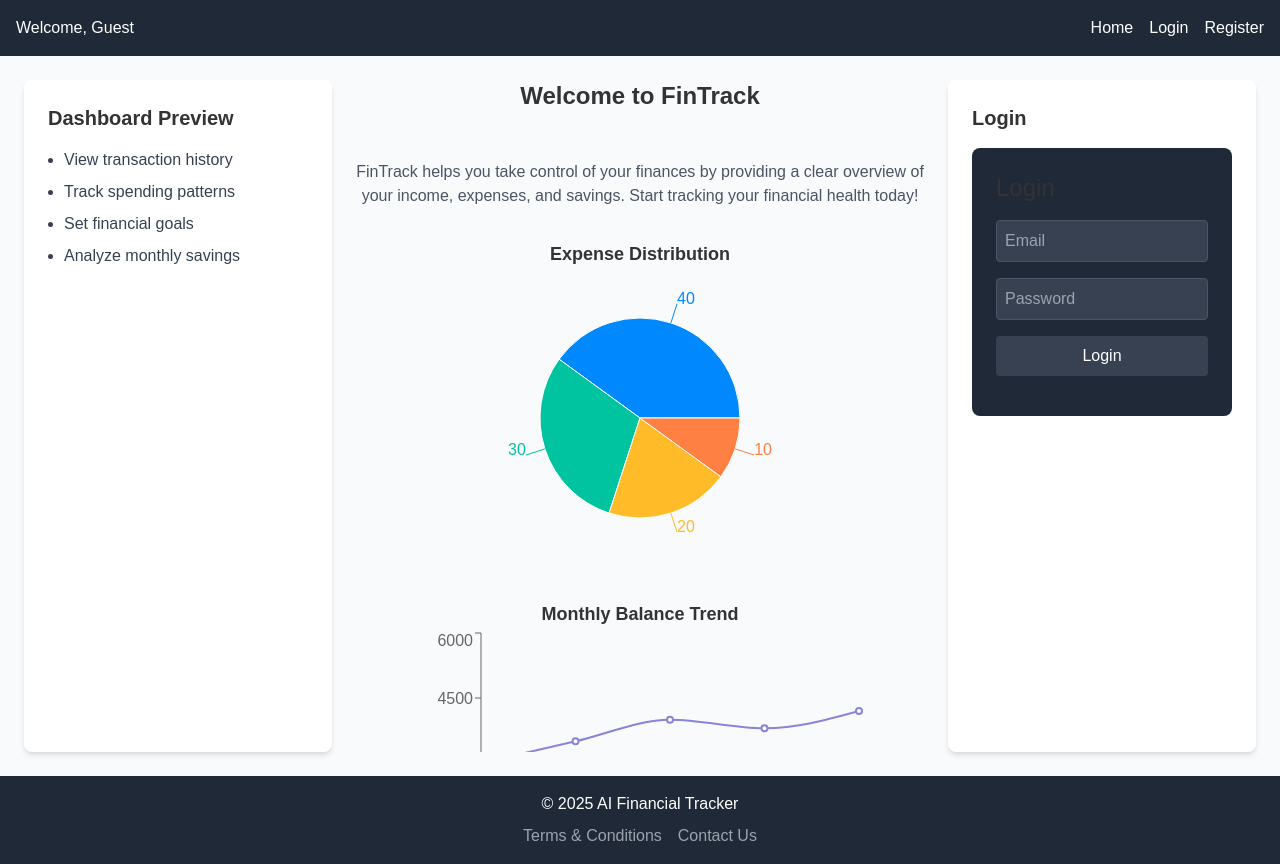
Repository: MuthuPandi-B/Ai-FinTrak
Page: / (app in FrontEnd/)
An editor plug-in stored every save of this project. The page is shown before and after the next save, followed by the edit.
The browser window is 1280 px wide. The pictures show the whole page.
The project was rebuilt for these pictures with package versions that can differ from the ones it lists, and the page was loaded fresh each time. Also part of the build but not shown: FrontEnd/vite.config.js.

Above is the page before, as saved 2025-02-23 19:47:58.

### FrontEnd/src/main.jsx
import { StrictMode } from 'react'
import { createRoot } from 'react-dom/client'
import { Provider } from 'react-redux'
import store from './redux/store.js'
import './index.css'
import App from './App.jsx'

createRoot(document.getElementById('root')).render(
  <StrictMode>
    <Provider store={store}>
    <App />
    </Provider>
  </StrictMode>,
)

### FrontEnd/src/index.css
@tailwind base;
@tailwind components;
@tailwind utilities;
body {
    font-family: Arial, sans-serif;
    background-color: #f4f4f9;
    margin: 0;
    padding: 0;
  }

  h1, h2, h3 {
    color: #333;
  }

### FrontEnd/src/App.jsx
import React from 'react';
import { useEffect } from 'react';
import { useDispatch } from 'react-redux';
import { BrowserRouter as Router, Routes, Route } from 'react-router-dom';
import Navbar from './components/Navbar';
import Footer from './components/Footer';
import Login from './features/auth/Login';
import Register from './features/auth/Register';
import ForgotPassword from './features/auth/ForgotPassword';
import ResetPassword from './features/auth/ResetPassword';
import TransactionForm from './components/TransactionForm';
import TransactionList from './features/transactions/TransactionList';
import HomePage from './pages/HomePage';
import Chart from './components/Chart';
import Dashboard from './components/Dashboard';
import { setTransactions } from './redux/transactionSlice';
import API from './Api/Api';

const App = () => {

  const dispatch = useDispatch();
  // useEffect(() => {
  //   const fetchTransactions = async () => {
  //     try {
  //       const response = await API.get("/transactions", {
  //         headers: {
  //           Authorization: `Bearer ${localStorage.getItem("token")}`,
  //         },
  //       });
  //       dispatch(setTransactions(response.data));
  //     } catch (error) {
  //       console.error("Error fetching transactions", error);
  //     }
  //   };

  //   fetchTransactions();
  // }, [dispatch]);
  return (
    <Router >
      <Navbar />
      <Routes>
        <Route path="/" element={<HomePage/>} />
        <Route path="/dashboard" element={<Dashboard/>} />
        <Route path="/transactions" element={<TransactionList />} />
        <Route path="/add" element={<TransactionForm />} />
        <Route path="/login" element={<Login />} />
        <Route path="/register" element={<Register />} />
        <Route path="/forgot-password" element={<ForgotPassword />} />
        <Route path="/reset-password/:resetToken" element={<ResetPassword />} />
        <Route path="/charts" element={<Chart />} />
      </Routes>
      <Footer />
    </Router>
  );
};

export default App;

### FrontEnd/src/components/Navbar.jsx
import React, { useState } from 'react';
import { useSelector, useDispatch } from 'react-redux';
import { Link, useNavigate } from 'react-router-dom';
import { clearUser } from '../redux/authSlice';

const Navbar = () => {
  const [isOpen, setIsOpen] = useState(false);
  const user = useSelector((state) => state.auth.user);
  console.log(user);
  // console.log(user.user.name);
  const dispatch = useDispatch();
  const navigate = useNavigate();

  const handleLogout = () => {
    dispatch(clearUser());
    navigate('/');
  };

  const toggleMenu = () => {
    setIsOpen(!isOpen);
  };

  return (
    <nav className="bg-gray-800 p-4 flex justify-between items-center">
      <div className="text-white">
        {user ? `Welcome, ${user.name}` : 'Welcome, Guest'}
      </div>
      <div className="hidden md:flex space-x-4">
        <Link to="/" className="text-white hover:text-gray-300">Home</Link>
        {user ? (
          <>
            <Link to="/add" className="text-white hover:text-gray-300">Add Transaction</Link>
            <Link to="/transactions" className="text-white hover:text-gray-300">View Transactions</Link>
            <button onClick={handleLogout} className="text-white hover:text-gray-300">Logout</button>
          </>
        ) : (
          <>
            <Link to="/login" className="text-white hover:text-gray-300">Login</Link>
            <Link to="/register" className="text-white hover:text-gray-300">Register</Link>
          </>
        )}
      </div>
      <div className="md:hidden">
        <button
          onClick={toggleMenu}
          className="text-white focus:outline-none"
        >
          <svg className="w-6 h-6" fill="none" stroke="currentColor" viewBox="0 0 24 24" xmlns="http://www.w3.org/2000/svg">
            <path strokeLinecap="round" strokeLinejoin="round" strokeWidth="2" d="M4 6h16M4 12h16m-7 6h7" />
          </svg>
        </button>
      </div>
      {isOpen && (
        <div className="md:hidden bg-gray-800 text-white p-4 rounded-lg mt-4 space-y-4">
          <Link to="/" className="block" onClick={toggleMenu}>Home</Link>
          {user ? (
            <>
              <Link to="/add" className="block" onClick={toggleMenu}>Add Transaction</Link>
              <Link to="/transactions" className="block" onClick={toggleMenu}>View Transactions</Link>
              <button onClick={handleLogout} className="block">Logout</button>
            </>
          ) : (
            <>
              <Link to="/login" className="block" onClick={toggleMenu}>Login</Link>
              <Link to="/register" className="block" onClick={toggleMenu}>Register</Link>
            </>
          )}
        </div>
      )}
    </nav>
  );
};

export default Navbar;

### FrontEnd/src/components/Footer.jsx
import React from 'react';

const Footer = () => {
  return (
    <footer className="bg-gray-800 text-white p-4">
      <div className="container mx-auto text-center">
        <p>© 2025 AI Financial Tracker</p>
        <div className="mt-2 space-x-4">
          <a href="/terms" className="text-gray-400 hover:text-gray-200">Terms & Conditions</a>
          <a href="/contact" className="text-gray-400 hover:text-gray-200">Contact Us</a>
        </div>
      </div>
    </footer>
  );
};

export default Footer;

### FrontEnd/src/features/auth/Login.jsx
import React, { useState } from "react";
import API from "../../Api/Api";
import { useDispatch } from "react-redux";
import { setUser } from "../../redux/authSlice";
import { useNavigate } from "react-router-dom";

const Login = () => {
  const [email, setEmail] = useState("");
  const [password, setPassword] = useState("");
  const [loading, setLoading] = useState(false);
  const [error, setError] = useState("");
  const dispatch = useDispatch();
  const navigate = useNavigate();

  const handleLogin = async (e) => {
    e.preventDefault();
    setLoading(true);
    setError("");
    try {
      const response = await API.post("/auth/login", { email, password });
     const{user,token}=response.data;

      localStorage.setItem("token", token);
      dispatch(setUser({user,token}));
      alert("Login successful");
      navigate("/");
    } catch (error) {
      setError("Login failed");
      console.error(error);
    } finally {
      setLoading(false);
    }
  };

  return (
    <form onSubmit={handleLogin} className="bg-gray-800 text-white p-6 rounded-lg max-w-md mx-auto">
      <h2 className="text-2xl mb-4">Login</h2>
      <input
        type="email"
        value={email}
        onChange={(e) => setEmail(e.target.value)}
        placeholder="Email"
        className="w-full p-2 mb-4 bg-gray-700 text-white border border-gray-600 rounded"
      />
      <input
        type="password"
        value={password}
        onChange={(e) => setPassword(e.target.value)}
        placeholder="Password"
        className="w-full p-2 mb-4 bg-gray-700 text-white border border-gray-600 rounded"
      />
      <button
        type="submit"
        className={`w-full p-2 mb-4 rounded ${loading ? "bg-gray-600 cursor-not-allowed" : "bg-gray-700 hover:bg-gray-600"}`}
        disabled={loading}
      >
        {loading ? "Logging in..." : "Login"}
      </button>
      {error && <p className="text-red-500 mt-2">{error}</p>}
    </form>
  );
};

export default Login;

### FrontEnd/src/pages/HomePage.jsx
import React, { useEffect } from "react";
import Login from "../features/auth/Login";
import { PieChart, Pie, Cell, LineChart, Line, XAxis, YAxis, Tooltip, ResponsiveContainer } from "recharts";
import { useSelector } from "react-redux";
import Dashboard from "../components/Dashboard";
import Chart from "../components/Chart";// Ensure correct import
import { setTransactions } from '../redux/transactionSlice';
import { useDispatch } from "react-redux";


const HomePage = () => {
  const dispatch =useDispatch();
  const user = useSelector((state) => state.auth.user);

  if(user){
    useEffect(() => {
      const fetchTransactions = async () => {
        try {
          const response = await API.get("/transactions", {
            headers: {
              Authorization: `Bearer ${localStorage.getItem("token")}`,
            },
          });
          dispatch(setTransactions(response.data));
        } catch (error) {
          console.error("Error fetching transactions", error);
        }
      };

      fetchTransactions();
    }, [dispatch]);

  }


  // Sample data for Pie Chart
  const pieData = [
    { name: "Savings", value: 40 },
    { name: "Expenses", value: 30 },
    { name: "Investments", value: 20 },
    { name: "Debt", value: 10 },
  ];
  const COLORS = ["#0088FE", "#00C49F", "#FFBB28", "#FF8042"];

  // Sample data for Line Chart
  const lineData = [
    { month: "Jan", balance: 3000 },
    { month: "Feb", balance: 3500 },
    { month: "Mar", balance: 4000 },
    { month: "Apr", balance: 3800 },
    { month: "May", balance: 4200 },
  ];

  return (
    <div className="flex flex-col lg:flex-row h-screen p-6 bg-gray-50">
      {/* Left Side - Dashboard if logged in, otherwise Dashboard Preview */}
      <div className="lg:w-1/4 w-full bg-white p-6 rounded-lg shadow-md mb-6 lg:mb-0">
        {user ? (
          <Dashboard />
        ) : (
          <>
            <h2 className="text-xl font-bold mb-4">Dashboard Preview</h2>
            <ul className="list-disc pl-4 text-gray-700">
              <li className="mb-2">View transaction history</li>
              <li className="mb-2">Track spending patterns</li>
              <li className="mb-2">Set financial goals</li>
              <li>Analyze monthly savings</li>
            </ul>
          </>
        )}
      </div>

      {/* Center Section - Charts */}
      <div className="flex-1 flex flex-col items-center justify-center space-y-8 mx-0 lg:mx-6">
        <h1 className="text-2xl font-bold mb-4 text-center">Welcome to FinTrack</h1>
        <p className="text-center mb-6 text-gray-600">
          FinTrack helps you take control of your finances by providing a clear overview of your income, expenses, and savings.
          Start tracking your financial health today!
        </p>

        {/* If logged in, show financial chart (Replace with your actual Chart component) */}
        {user ? (
          <Chart />
        ) : (
          <>
            {/* Pie Chart */}
            <div className="w-full max-w-md">
              <h3 className="text-lg font-bold text-center">Expense Distribution</h3>
              <ResponsiveContainer width="100%" height={300}>
                <PieChart>
                  <Pie data={pieData} dataKey="value" nameKey="name" cx="50%" cy="50%" outerRadius={100} fill="#8884d8" label>
                    {pieData.map((entry, index) => (
                      <Cell key={`cell-${index}`} fill={COLORS[index % COLORS.length]} />
                    ))}
                  </Pie>
                </PieChart>
              </ResponsiveContainer>
            </div>

            {/* Line Chart */}
            <div className="w-full max-w-md overflow-hidden">
              <h3 className="text-lg font-bold text-center">Monthly Balance Trend</h3>
              <ResponsiveContainer width="100%" height={300}>
                <LineChart data={lineData}>
                  <XAxis dataKey="month" />
                  <YAxis />
                  <Tooltip />
                  <Line type="monotone" dataKey="balance" stroke="#8884d8" strokeWidth={2} />
                </LineChart>
              </ResponsiveContainer>
            </div>
          </>
        )}
      </div>

      {/* Right Side - Show login if not logged in */}
      {!user && (
        <div className="lg:w-1/4 w-full bg-white p-6 rounded-lg shadow-md">
          <h2 className="text-xl font-bold mb-4 text-center lg:text-left">Login</h2>
          <Login />
        </div>
      )}
    </div>
  );
};

export default HomePage;


// import React, { useState } from "react";
// import Login from "../features/auth/Login";
// import { useSelector } from "react-redux";
// import Dashboard from "../components/Dashboard";
// import ChartPage from "../components/Chart";

// const HomePage = () => {
//   const user = useSelector((state) => state.auth.user);
//   const [showDashboard, setShowDashboard] = useState(false);

//   return (
//     <div className="flex flex-col lg:flex-row h-screen bg-gray-50">
//       {/* Left Side - Dashboard */}
//       {user && (
//         <div
//           className={`lg:w-1/4 w-ful  rounded-lg shadow-md fixed top-0 left-0 h-full transform transition-transform duration-300 ${
//             showDashboard ? "translate-x-0" : "-translate-x-full"
//           } lg:translate-x-0 z-10`}
//           onMouseEnter={() => setShowDashboard(true)}
//           onMouseLeave={() => setShowDashboard(false)}
//         >
//           <Dashboard />
//         </div>
//       )}

//       {/* Center Section - Charts */}
//       <div className={`flex-1 ${user ? "lg:ml-[25%]" : ""} mt-16 lg:mt-0`}>
//         {user ? (
//           <ChartPage />
//         ) : (
//           <div className="w-full max-w-md mx-auto bg-white p-6 rounded-lg shadow-md">
//             <h2 className="text-xl font-bold mb-4 text-center">Login</h2>
//             <Login />
//           </div>
//         )}
//       </div>
//     </div>
//   );
// };

// export default HomePage;

### FrontEnd/src/features/auth/Register.jsx
import React, { useState } from "react";
import API from "../../Api/Api";

const Register = () => {
  const [name, setName] = useState("");
  const [email, setEmail] = useState("");
  const [password, setPassword] = useState("");
  const [loading, setLoading] = useState(false);
  const [error, setError] = useState("");

  const handleRegister = async (e) => {
    e.preventDefault();
    setLoading(true);
    setError("");
    try {
      await API.post("/auth/register", { name, email, password });
      alert("Registration successful");
    } catch (error) {
      setError("Registration failed");
      console.error(error);
    } finally {
      setLoading(false);
    }
  };

  return (
    <form onSubmit={handleRegister} className="bg-gray-800 text-white p-6 rounded-lg max-w-md mx-auto">
      <h2 className="text-2xl mb-4">Register</h2>
      <input
        type="text"
        value={name}
        onChange={(e) => setName(e.target.value)}
        placeholder="Name"
        className="w-full p-2 mb-4 bg-gray-700 text-white border border-gray-600 rounded"
      />
      <input
        type="email"
        value={email}
        onChange={(e) => setEmail(e.target.value)}
        placeholder="Email"
        className="w-full p-2 mb-4 bg-gray-700 text-white border border-gray-600 rounded"
      />
      <input
        type="password"
        value={password}
        onChange={(e) => setPassword(e.target.value)}
        placeholder="Password"
        className="w-full p-2 mb-4 bg-gray-700 text-white border border-gray-600 rounded"
      />
      <button
        type="submit"
        className={`w-full p-2 mb-4 rounded ${loading ? "bg-gray-600 cursor-not-allowed" : "bg-gray-700 hover:bg-gray-600"}`}
        disabled={loading}
      >
        {loading ? "Registering..." : "Register"}
      </button>
      {error && <p className="text-red-500 mt-2">{error}</p>}
    </form>
  );
};

export default Register;

### FrontEnd/src/features/auth/ForgotPassword.jsx
import React, { useState } from "react";
import API from "../../Api/Api";

const ForgotPassword = () => {
  const [email, setEmail] = useState("");
  const [loading, setLoading] = useState(false);
  const [error, setError] = useState("");

  const handleForgotPassword = async (e) => {
    e.preventDefault();
    setLoading(true);
    setError("");
    try {
      await API.post("/auth/forgot-password", { email });
      alert("Password reset link sent");
    } catch (error) {
      setError("Error sending reset link");
      console.error(error);
    } finally {
      setLoading(false);
    }
  };

  return (
    <form onSubmit={handleForgotPassword} className="bg-gray-800 text-white p-6 rounded-lg max-w-md mx-auto">
      <h2 className="text-2xl mb-4">Forgot Password</h2>
      <input
        type="email"
        value={email}
        onChange={(e) => setEmail(e.target.value)}
        placeholder="Email"
        className="w-full p-2 mb-4 bg-gray-700 text-white border border-gray-600 rounded"
      />
      <button
        type="submit"
        className={`w-full p-2 mb-4 rounded ${loading ? "bg-gray-600 cursor-not-allowed" : "bg-gray-700 hover:bg-gray-600"}`}
        disabled={loading}
      >
        {loading ? "Sending..." : "Send Reset Link"}
      </button>
      {error && <p className="text-red-500 mt-2">{error}</p>}
    </form>
  );
};

export default ForgotPassword;

### FrontEnd/src/features/auth/ResetPassword.jsx
import React, { useState } from "react";
import { useParams } from "react-router-dom";
import API from "../../Api/Api";

const ResetPassword = () => {
  const { resetToken } = useParams();
  const [newPassword, setNewPassword] = useState("");
  const [loading, setLoading] = useState(false);
  const [error, setError] = useState("");

  const handleResetPassword = async (e) => {
    e.preventDefault();
    setLoading(true);
    setError("");
    try {
      await API.post(`/auth/reset-password/${resetToken}`, { newPassword });
      alert("Password reset successful");
    } catch (error) {
      setError("Error resetting password");
      console.error(error);
    } finally {
      setLoading(false);
    }
  };

  return (
    <form onSubmit={handleResetPassword} className="bg-gray-800 text-white p-6 rounded-lg max-w-md mx-auto">
      <h2 className="text-2xl mb-4">Reset Password</h2>
      <input
        type="password"
        value={newPassword}
        onChange={(e) => setNewPassword(e.target.value)}
        placeholder="New Password"
        className="w-full p-2 mb-4 bg-gray-700 text-white border border-gray-600 rounded"
      />
      <button
        type="submit"
        className={`w-full p-2 mb-4 rounded ${loading ? "bg-gray-600 cursor-not-allowed" : "bg-gray-700 hover:bg-gray-600"}`}
        disabled={loading}
      >
        {loading ? "Resetting..." : "Reset Password"}
      </button>
      {error && <p className="text-red-500 mt-2">{error}</p>}
    </form>
  );
};

export default ResetPassword;

Loaded but not shown: FrontEnd/index.html (common file); FrontEnd/src/redux/transactionSlice.js (36 lines, source omitted); FrontEnd/src/redux/authSlice.js (41 lines, source omitted); FrontEnd/src/Api/Api.js (15 lines, source omitted); FrontEnd/src/redux/store.js (13 lines, source omitted); FrontEnd/tailwind.config.js (11 lines, source omitted); FrontEnd/src/components/Chart.jsx (248 lines, source omitted); FrontEnd/src/features/transactions/TransactionList.jsx (236 lines, source omitted); FrontEnd/src/components/TransactionForm.jsx (133 lines, source omitted); FrontEnd/src/components/Dashboard.jsx (103 lines, source omitted)

After the next save:
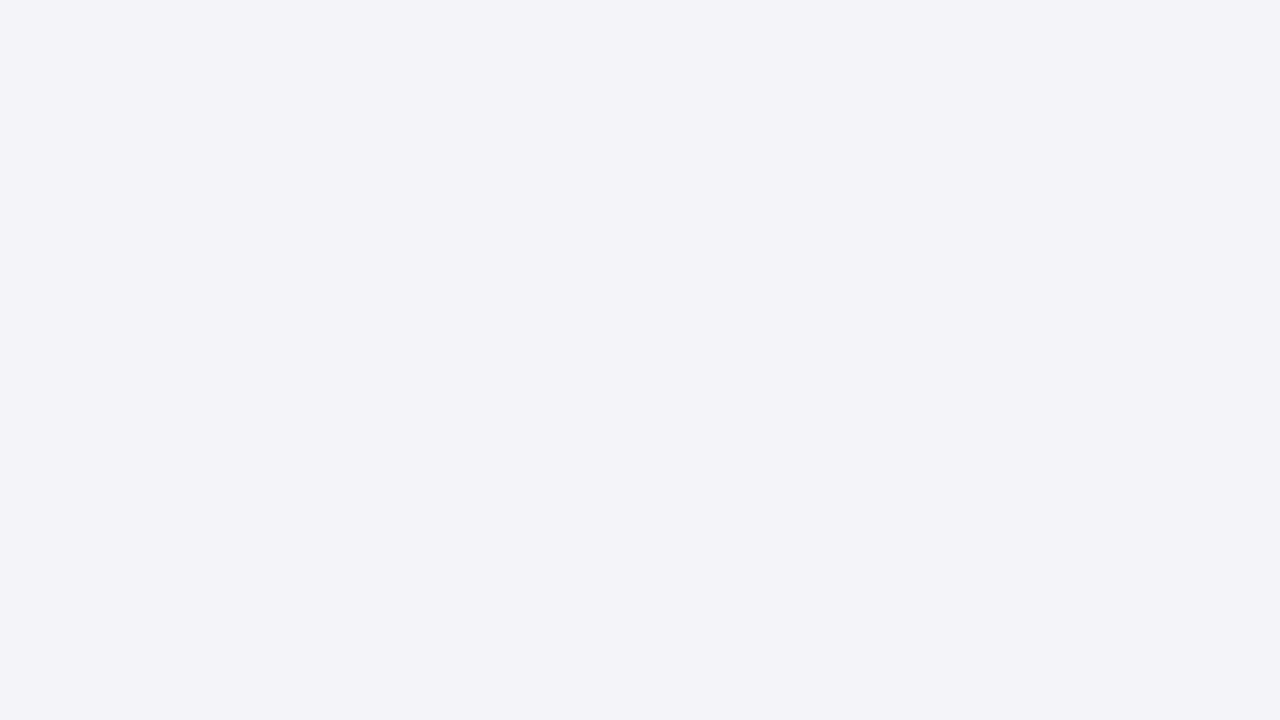
Console error: ReferenceError: impo is not defined
Saved 58 s later.
--- a/FrontEnd/src/pages/HomePage.jsx
+++ b/FrontEnd/src/pages/HomePage.jsx
@@ -6,6 +6,7 @@
 import Chart from "../components/Chart";// Ensure correct import
 import { setTransactions } from '../redux/transactionSlice';
 import { useDispatch } from "react-redux";
+impo
 
 
 const HomePage = () => {

After the 2 saves that followed:
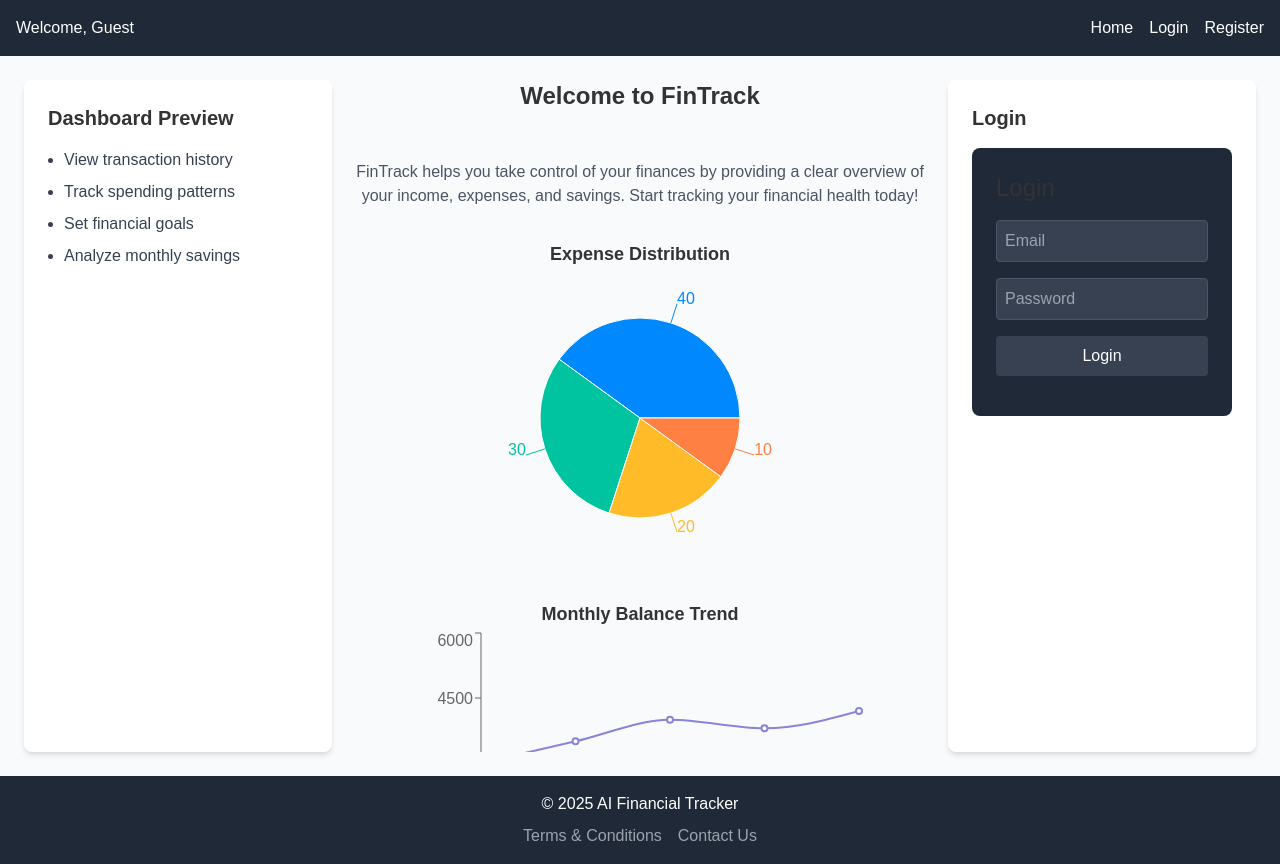
The error is gone.
The 2 saves are shown as one change because 1 left the picture as it was.
The last was saved 15 s later.
--- a/FrontEnd/src/pages/HomePage.jsx
+++ b/FrontEnd/src/pages/HomePage.jsx
@@ -6,7 +6,8 @@
 import Chart from "../components/Chart";// Ensure correct import
 import { setTransactions } from '../redux/transactionSlice';
 import { useDispatch } from "react-redux";
-impo
+import API from "../Api/Api";
+
 
 
 const HomePage = () => {
